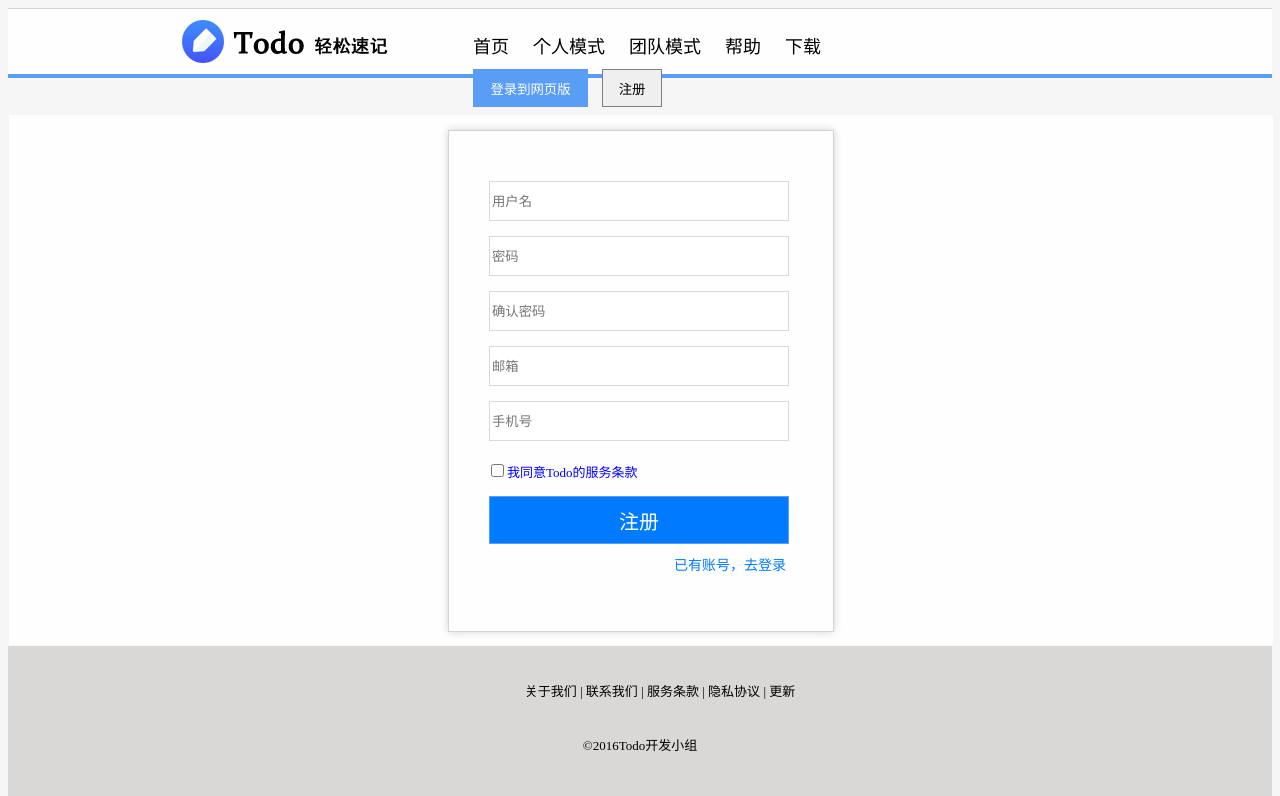
Repository: lengchang/Todo
Page: http://localhost/Todoweb/register.jsp
These files come from the project's save history. The page is drawn as it stood at one moment and after the next save; the edit follows.
The browser window is 1280 px wide. The pictures show the whole page.
The page is served by Tomcat 9. Other server files are loaded and not shown. The template is opened directly, without the code that normally fills it, so the values that code supplies are empty.

Above is the page before, as saved 2016-12-13 03:47:09.

### Todoweb/WebContent/register.jsp
<%@ page language="java" contentType="text/html; charset=UTF-8"
	pageEncoding="UTF-8"%>
<%@ taglib prefix="s" uri="/struts-tags"%>
<HTML !DOCTYPE>
<head>
<meta charset="utf-8">
<title>Todo|登录</title>
<link rel="stylesheet" type="text/css" href="./css/regist.css" />
</head>
<body>
	<header>
		<s:include value="./Master/nav.jsp" />
	</header>
	<article>
		<div id="regist_container">
			<form action="regist" method="post">
				<s:fielderror />
				<input type="text" id="user_name" name="username" placeholder="用户名" required><br />
				<input type="password" id="user_pass" name="password" placeholder="密码" required><br />
				<input type="password" id="user_pass_agin" name="repassword" placeholder="确认密码" required><br />
				<input type="email" id="user_email" name="email" placeholder="邮箱" required><br />
				<input type="text" id="user_phone" name="phonenumber" placeholder="手机号" required><br />
				<div id="about_pass">
					<span id="remember_pass_span"><input type="checkbox" required>我同意Todo的服务条款</span>
				</div>
				<input type="submit" value="注册" id="regist_button"><br />
			</form>
			<a href="./login.jsp" id="gotologin_">已有账号，去登录</a>
		</div>
	</article>
	<footer>
		<s:include value="./Master/footer.jsp" />
	</footer>
</body>
</HTML>

### Todoweb/WebContent/Master/nav.jsp
<%@ page pageEncoding="UTF-8"%>
<%@ taglib prefix="s" uri="/struts-tags"%>
<div id="top_logo">
	<a href="/Todoweb/index.jsp"> <img src="./img/logo.png">
	</a>
</div>
<nav id="top_nav">
	<ul>
		<a href="/Todoweb/index.jsp" id="index_firstpage"><li
			class="top_nav" id="ul_index">首页</li></a>
		<a href="self_mode_use.html" id="self_mode"><li class="top_nav">个人模式</li></a>
		<a href="team_mode_use.html" id="team_mode"><li class="top_nav">团队模式</li></a>
		<a href="help.html" id="help"><li class="top_nav">帮助</li></a>
		<a href="download.html" id="download"><li class="top_nav">下载</li></a>
	</ul>
</nav>
<div id="top_button">
	<s:if test="#session['username']!=null">
		<a href="/Todoweb/acessUserinfo.action">${session.username}</a>
		<a href="/Todoweb/logout.action">logout</a>
	</s:if>
	<s:if test="#session['username']==null">
		<a href="/Todoweb/login.jsp"><button id="button_login">登录到网页版</button></a>
		<a href="/Todoweb/register.jsp"><button id="button_regist">注册</button></a>
	</s:if>
</div>

### Todoweb/WebContent/Master/footer.jsp
<%@ page pageEncoding="UTF-8"%>
<div id="about_us">
	<ul>
		<a href="about_us.html"><li class="no_last">关于我们</li></a>
		<a href="email.html"><li class="no_last">联系我们</li></a>
		<a href="serve.html"><li class="no_last">服务条款</li></a>
		<a href="serect.html"><li class="no_last">隐私协议</li></a>
		<a href="update.html"><li class="no_">更新</li></a>
	</ul>
</div>
<div id="about_team">©2016Todo开发小组</div>

### Todoweb/WebContent/css/regist.css
body{
    background: #F6F6F6;
}
header{
    width:100%;
    height:65px;
    border-top: solid lightgray 1px;
    border-bottom: solid #599EF4  4px;
    background: #FEFEFE;
}
[id^=top]{
    height:45px;
}
#top_logo{
    width: 240px;
    margin-left: 165px;
    float: left;
    margin-top:10px;
}
#top_nav{
    width: 500px;
    float: left;
}
li{
    display: inline-block;
    list-style: none;
}
nav ul li{
    margin-left: 20px;
    margin-top:7px;
    font-size: 18px;
}
a{
    text-decoration-line: none;
    color: #000000;
}
[id$=button]{
    width: 300px;
    margin-left: 60px;
    margin-top:15px;
    float: left;
}
[id^=button]{
    height: 38px;
}
[id$=login]{
    width:115px;
    background: #599EF4;
    border:solid #599EF4 1px;
    color: white;
}
[id$=login]:hover,#login_button:hover{
    background: rgba(68,87,247,0.9);
    border:solid blue 1px;
    color: white;
}
#button_regist{
    width:60px;
    margin-left: 10px;
    border:solid gray 1px;
    color: #000000;
}
#button_regist:hover{
    background: rgba(254,254,254,0.7);
    border:solid gray 1px;
    color: #000000;
}
article{
    width: 100%;
    height:530px;
    background: #FEFEFE;
    float: left;
    margin: 1px;
}
footer{
    width: 100%;
    height: 150px;
    background: #D9D8D7;
    float:left;

}
[id^=about]{
    text-align: center;
    margin-top:35px;
    font-size:13px;
}
#about_us ul li.no_last::after{
    content: " | ";
}
#regist_container{
    width: 384px;
    height:500px;
    border: solid lightgrey 1.5px;
    margin: 15px auto;
    box-shadow: 0 0 8px lightgray;
}
[id^=user]{
    width: 300px;
    height: 40px;
    border:solid #D9D9D9 1px;
    margin-left: 40px;
    color: gray;
}
[id$=name]{
    margin-top:50px;
}
[id*=pass],[id$=email],[id$=phone]{
    margin-top:15px;
}
article #regist_container label{
    font-size: 13px;
    color: darkblue;
}
[id^=pass]{
    margin-top: 20px;
}
[id*=forget]{
    margin-left: 180px;
}
#regist_button{
    width: 300px;
    height:48px;
    margin-left: 40px;
    background: #007AFF;
    border: solid #599EF4 1px;
    font-size: 20px;
    color: white;
}
#gotologin_{
    width: 150px;
    height:20px;
    display: block;
    margin-top:55px;
    margin-left:225px;
    font-size: 14px;
    color: #007AFF;
}
#about_pass{
    color: blue;
    text-align: left;
    padding-left: 38px;
    margin-top: 20px;
}
#forget_pass_span{
    color: blue;
}
header nav ul li{
    height: 38px;
}
header nav ul li:hover{
    border-bottom: solid #4560FA 4px;
}
[class^=no_]:hover{
    color: blue;
}
[class^=top_nav]:hover{
    color: #4560FA;
}

After the next save:
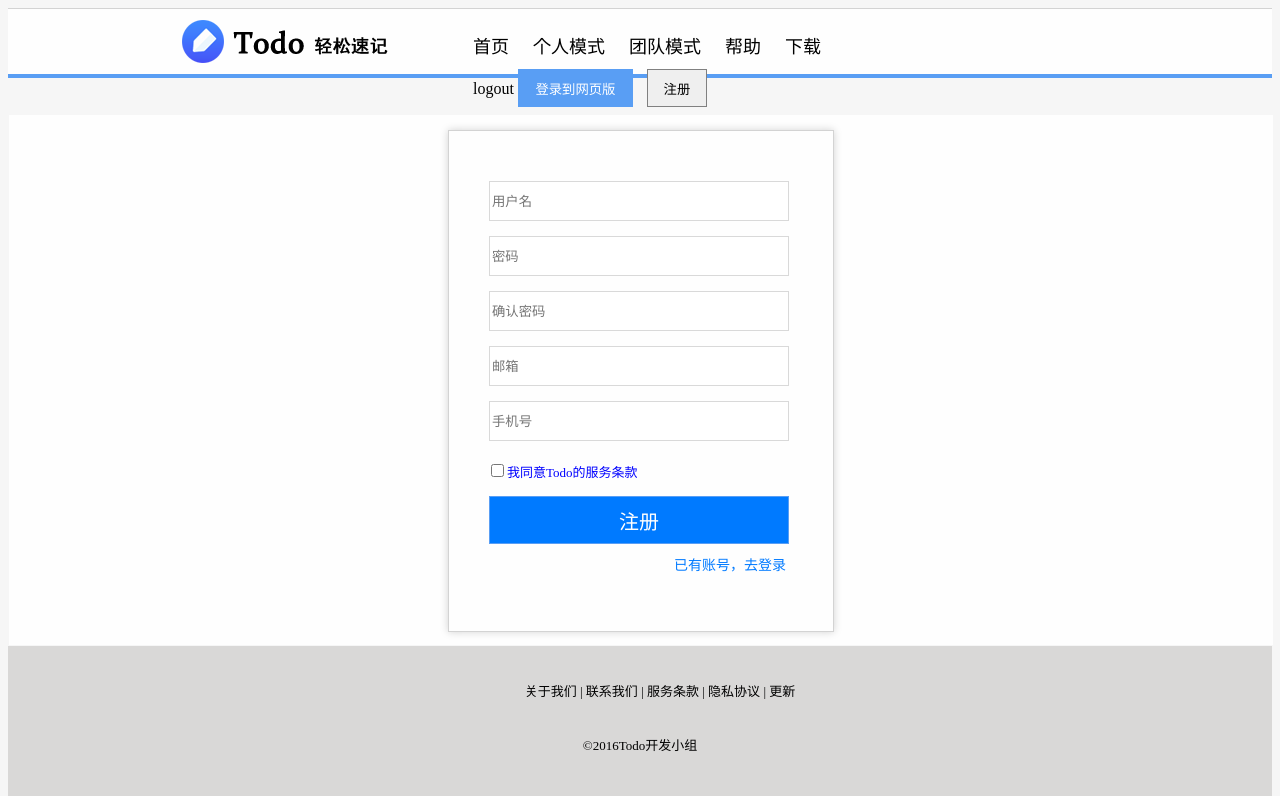
Saved 3 h 27 min later.
--- a/Todoweb/WebContent/Master/nav.jsp
+++ b/Todoweb/WebContent/Master/nav.jsp
@@ -15,10 +15,10 @@
 	</ul>
 </nav>
 <div id="top_button">
-	<s:if test="#session['username']!=null">
+
 		<a href="/Todoweb/acessUserinfo.action">${session.username}</a>
 		<a href="/Todoweb/logout.action">logout</a>
-	</s:if>
+
 	<s:if test="#session['username']==null">
 		<a href="/Todoweb/login.jsp"><button id="button_login">登录到网页版</button></a>
 		<a href="/Todoweb/register.jsp"><button id="button_regist">注册</button></a>
